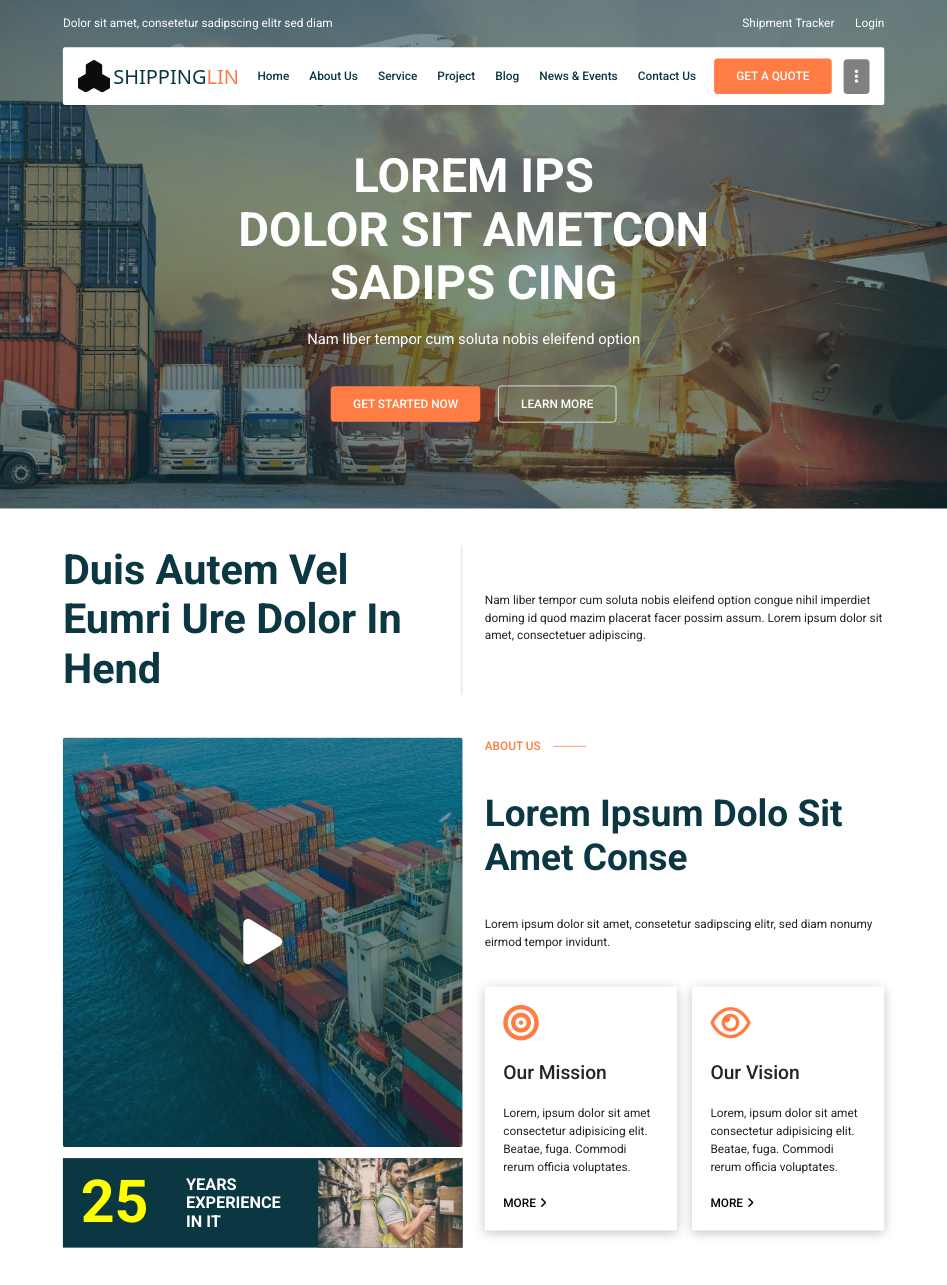
Repository: nazmulalok/shipping-template
Page: index.html
These files come from the project's save history. The page is drawn as it stood at one moment and after the next save; the edit follows.
The browser window is 1280 px wide. The pictures show the whole page, at 74% of full size.
Some web libraries are served in a nearby version.

Above is the page before, as saved 2022-10-08 20:19:38.

After the next save:
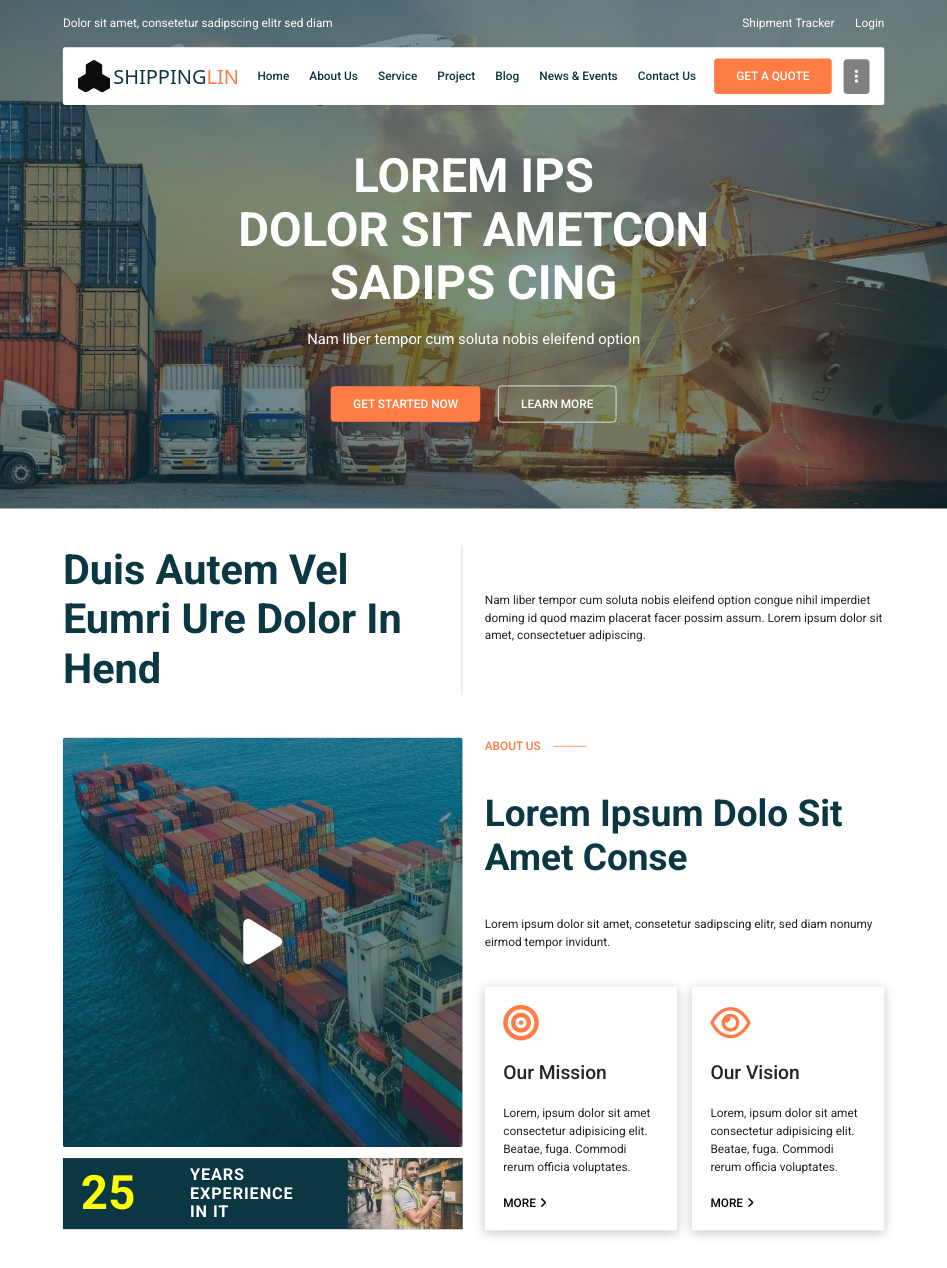
Saved 3 min 24 s later.
--- a/style.css
+++ b/style.css
@@ -405,8 +405,9 @@ figure.img-box img+figcaption {
 
 .exp-section .exp-title {
     color: #FFFF00;
-    font-size: 80px;
+    font-size: 64px;
     font-weight: 600;
+    letter-spacing: 0.5px;
 }
 
 .exp-section .exp-paragraph {
@@ -415,10 +416,11 @@ figure.img-box img+figcaption {
     font-weight: 600;
     line-height: normal;
     text-transform: uppercase;
+    letter-spacing: 1.2px;
 }
 
 .exp-section img {
-    width: 195px;
+    width: 155px;
 }
 
 a.more-btn {
